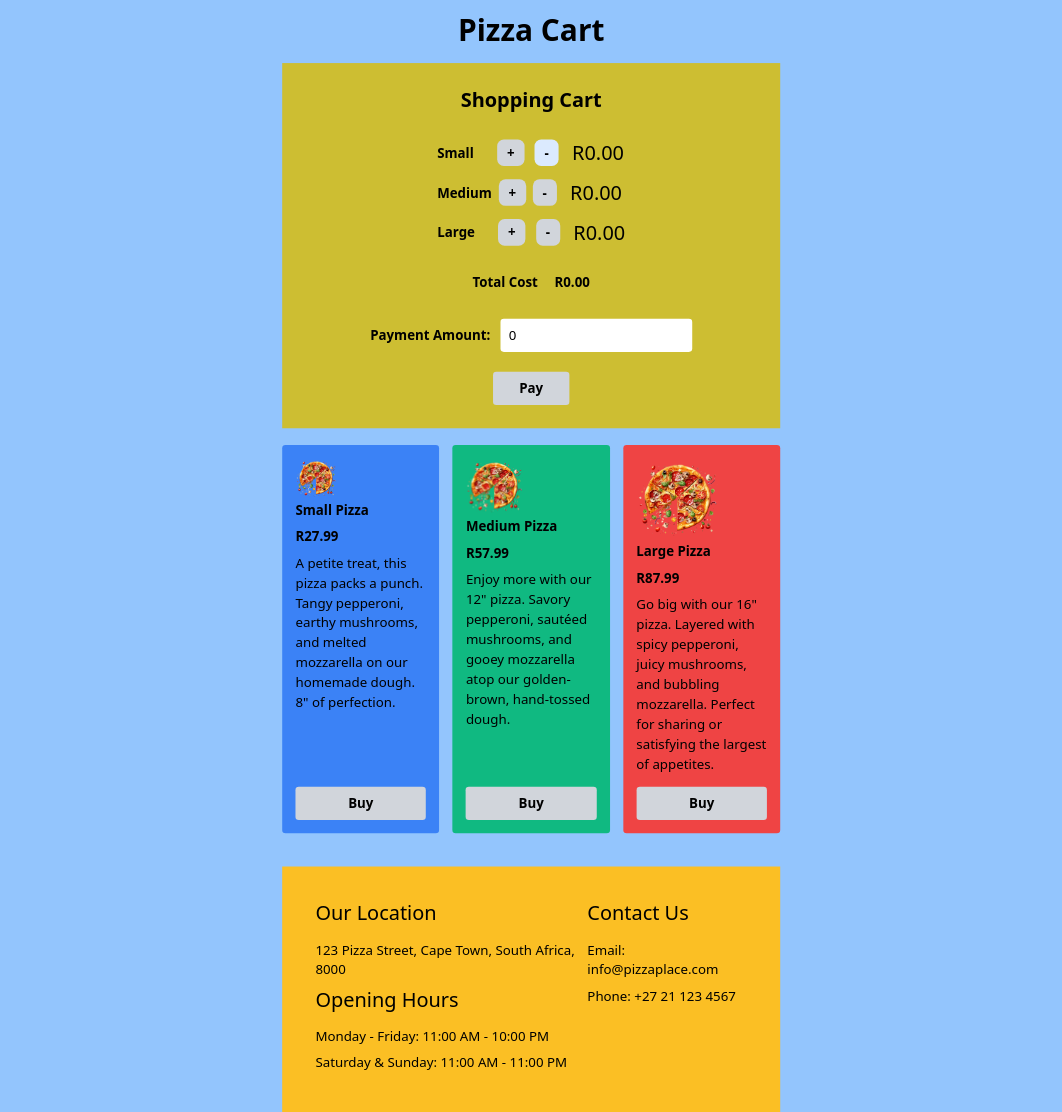
Repository: lasity34/pizza_cart
Page: index.html
These files come from the project's save history. The page is drawn as it stood at one moment and after the next save; the edit follows.
The browser window is 1280 px wide. The pictures show the whole page, at 83% of full size.
Some web libraries are served in a nearby version.

Above is the page before, as saved 2023-07-12 08:09:13.

After the next save:
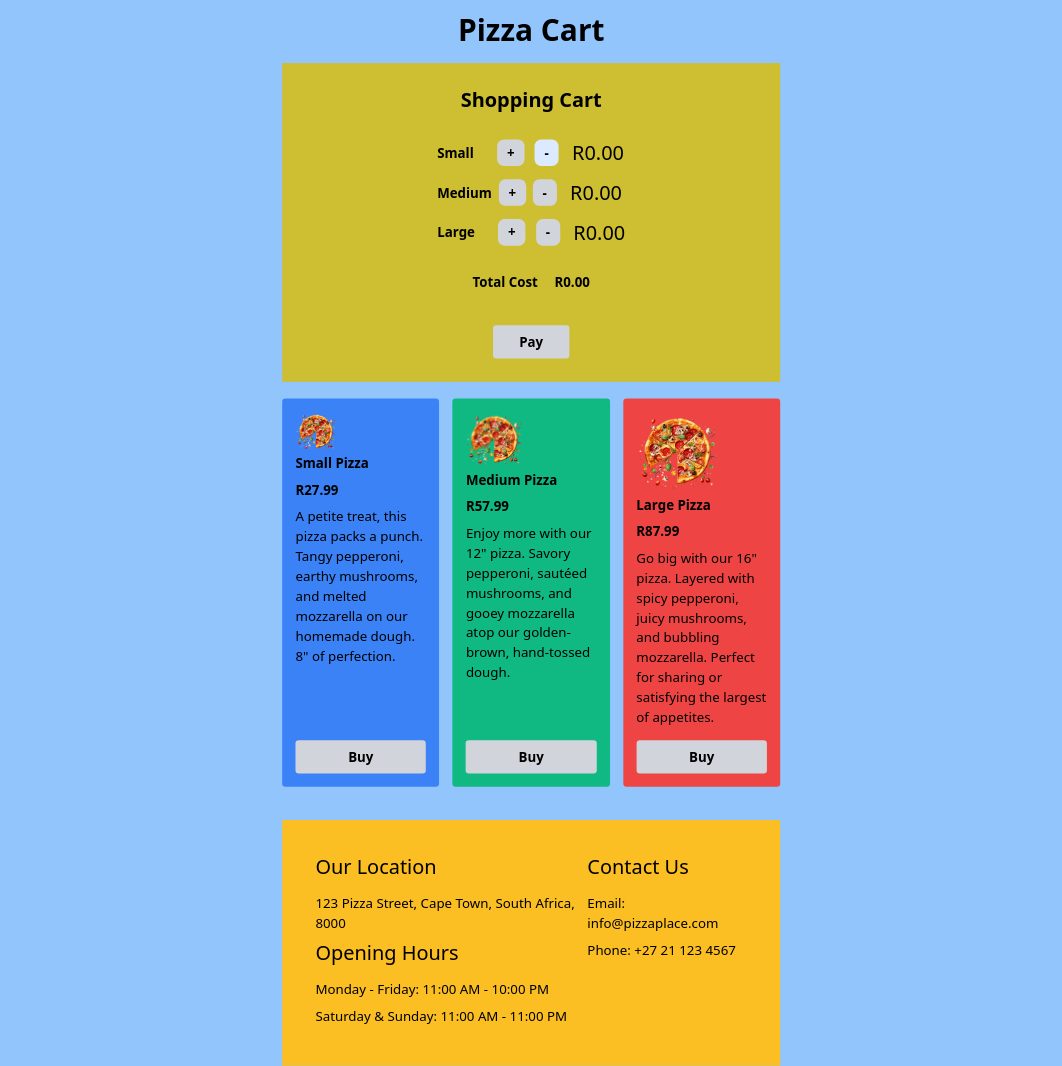
Console error: ReferenceError: Invalid left-hand side in assignment
Saved 117 s later.
--- a/index.html
+++ b/index.html
@@ -94,7 +94,7 @@
         <div class="mt-4">
           <p class="text-red-600 font-bold" x-text="message"></p>
         </div>
-        <div class="mt-4"  x-cloak>
+        <div class="mt-4" x-show="total() =! 0" x-cloak>
           <label class="font-bold">Payment Amount:</label>
           <input placeholder="Enter payment here" type="number" step="0.01" class="rounded ml-2 py-2" x-model="paymentAmount" />
         </div>
